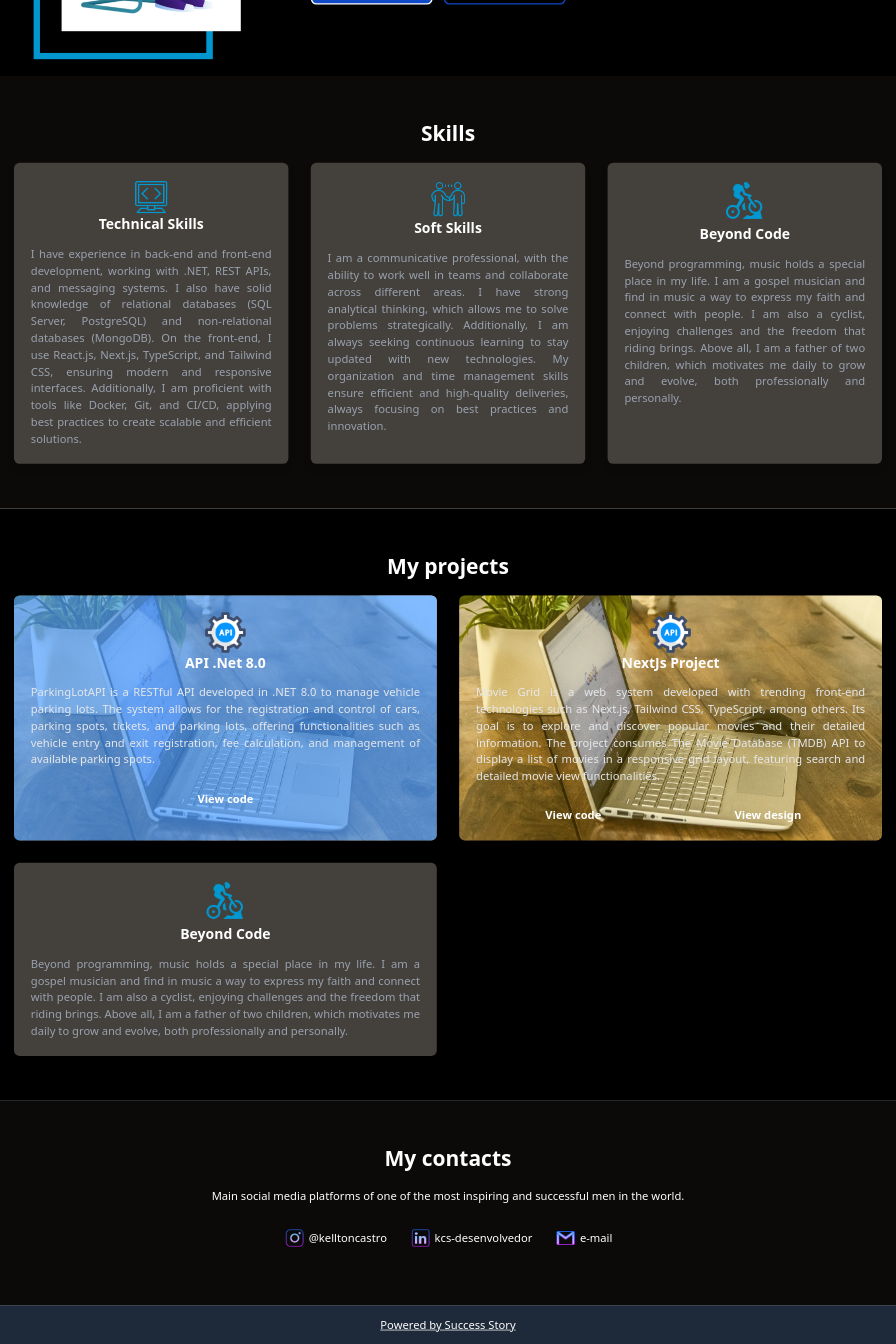
Repository: kcsdesenvolvedor/portfolio
Page: src/index.html
An editor plug-in stored every save of this project. The page is shown before and after the next save, followed by the edit.
The browser window is 1280 px wide. The pictures show the part of the page from y = 862 to 2782 px (the page is 2782 px tall), at 70% of full size.

Above is the page before, as saved 2025-03-08 18:30:24.
Console error: TypeError: Cannot read properties of null (reading 'textContent')

After the next save:
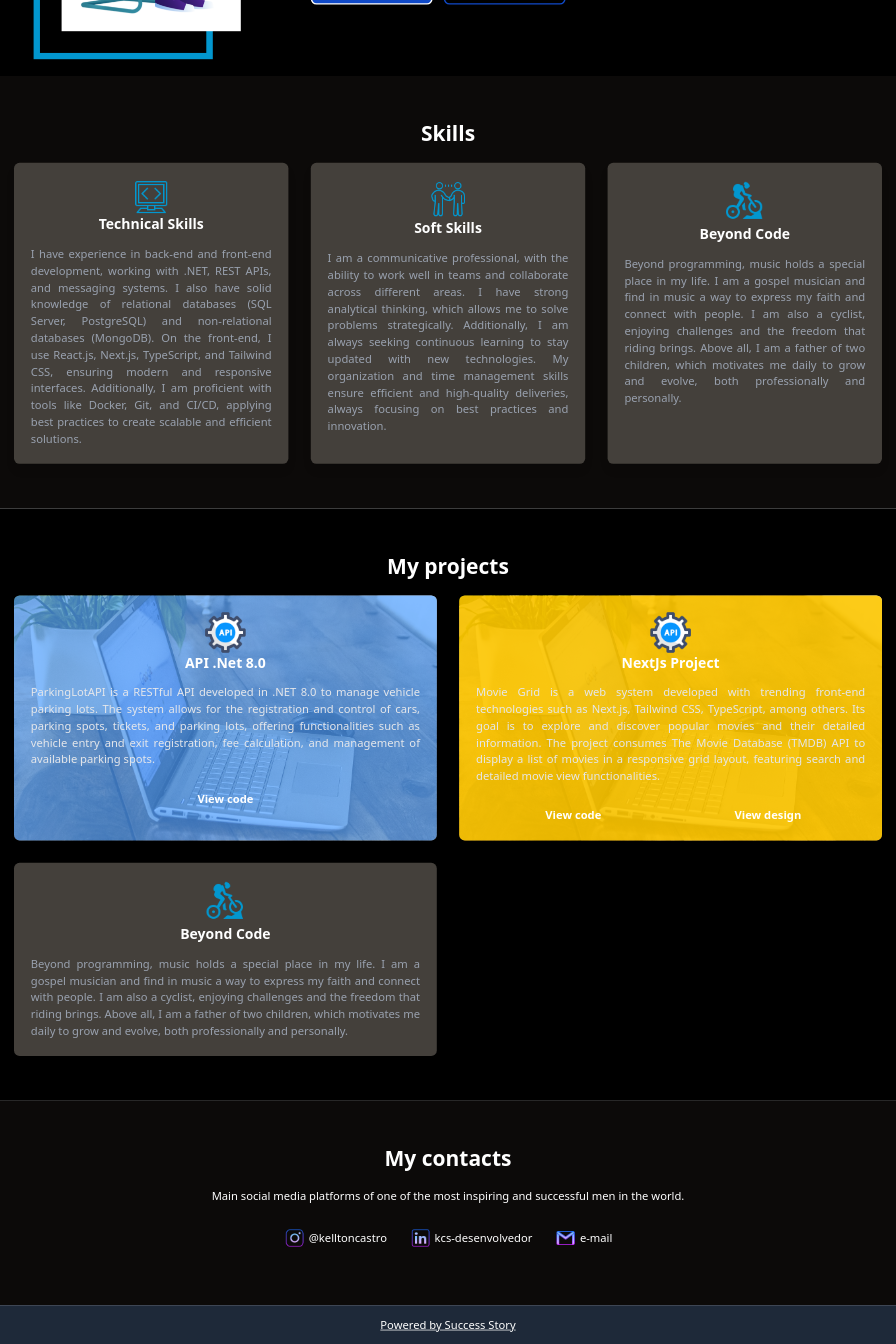
Saved 12 s later.
--- a/src/index.html
+++ b/src/index.html
@@ -218,7 +218,7 @@
                 </div>
                 <div class="relative bg-stone-700 p-6 rounded-lg shadow-lg
                 bg-[url('./img/homeoffice.jpg')] bg-cover bg-center bg-opacity-20">
-                    <div class="absolute inset-0 bg-yellow-400/20 rounded-lg"></div>
+                    <div class="absolute inset-0 bg-yellow-400/90 rounded-lg"></div>
                     <div class="relative z-10 flex flex-col items-center">
                         <img src="./img/api.png" alt="image api">
                         <h4 class="text-xl text-white font-bold mb-4">NextJs Project</h4>
